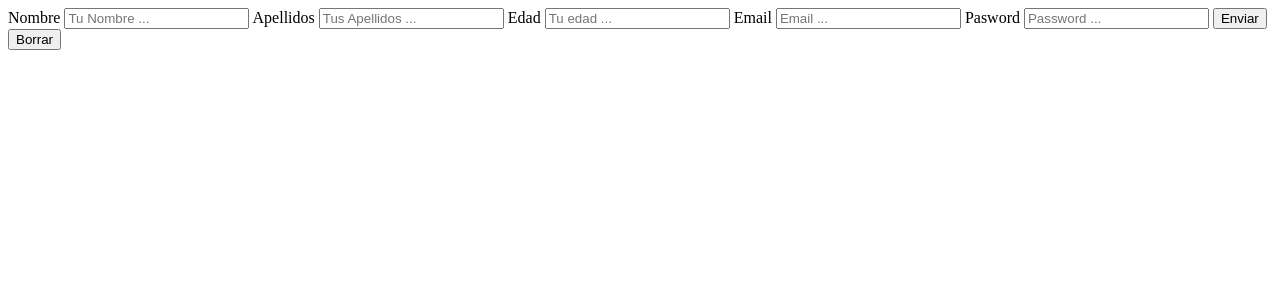
Repository: nachmz42/ProyectoJoker
Page: http://localhost/Joker/añadirusuario.jsp
These files come from the project's save history. The page is drawn as it stood at one moment and after the next save; the edit follows.
The browser window is 1280 px wide. The pictures show the whole page.
The page is served by Tomcat 9.

Above is the page before, as saved 2021-07-01 14:24:05.

After the next save:
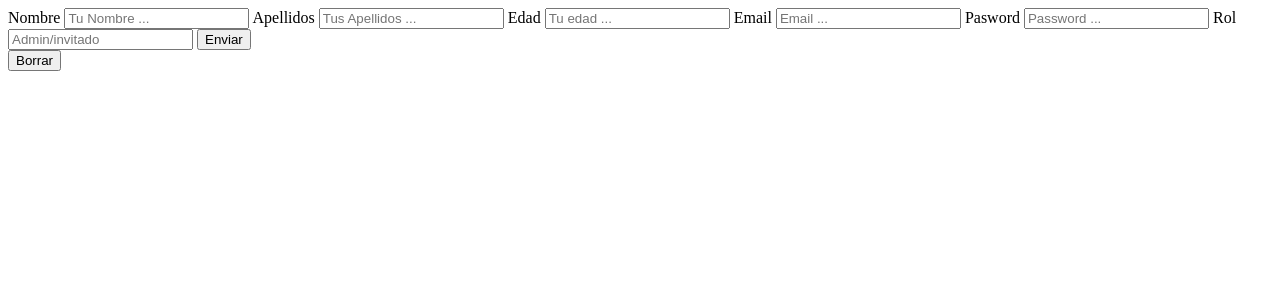
Saved 51 s later.
--- a/Joker/src/main/webapp/añadirusuario.jsp
+++ b/Joker/src/main/webapp/añadirusuario.jsp
@@ -25,6 +25,9 @@
     <label for="password">Pasword</label>
     <input type="text" id="password" name="password" placeholder="Password ...">
 
+    <label for="rol">Rol</label>
+    <input type="text" id="rol" name="rol" placeholder="Admin/invitado">
+
     <input type="submit" value="Enviar"><br>
     <input type="reset" value="Borrar"><br>
   </form>
